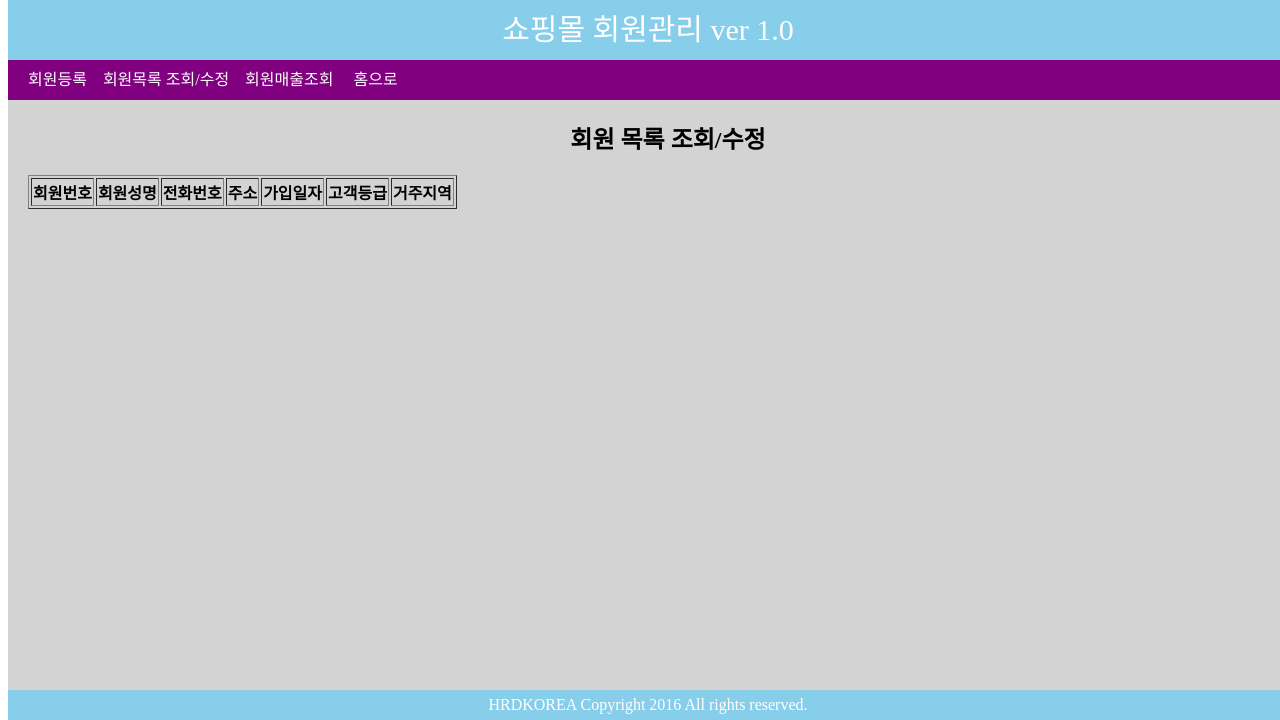
Repository: haileylee94/mini-project
Page: http://localhost/hrd/memberList.jsp
These files come from the project's save history. The page is drawn as it stood at one moment and after the next save; the edit follows.
The browser window is 1280 px wide. The pictures show the whole page.
The page is served by Tomcat 9.

Above is the page before, as saved 2022-11-18 06:44:37.

After the next save:
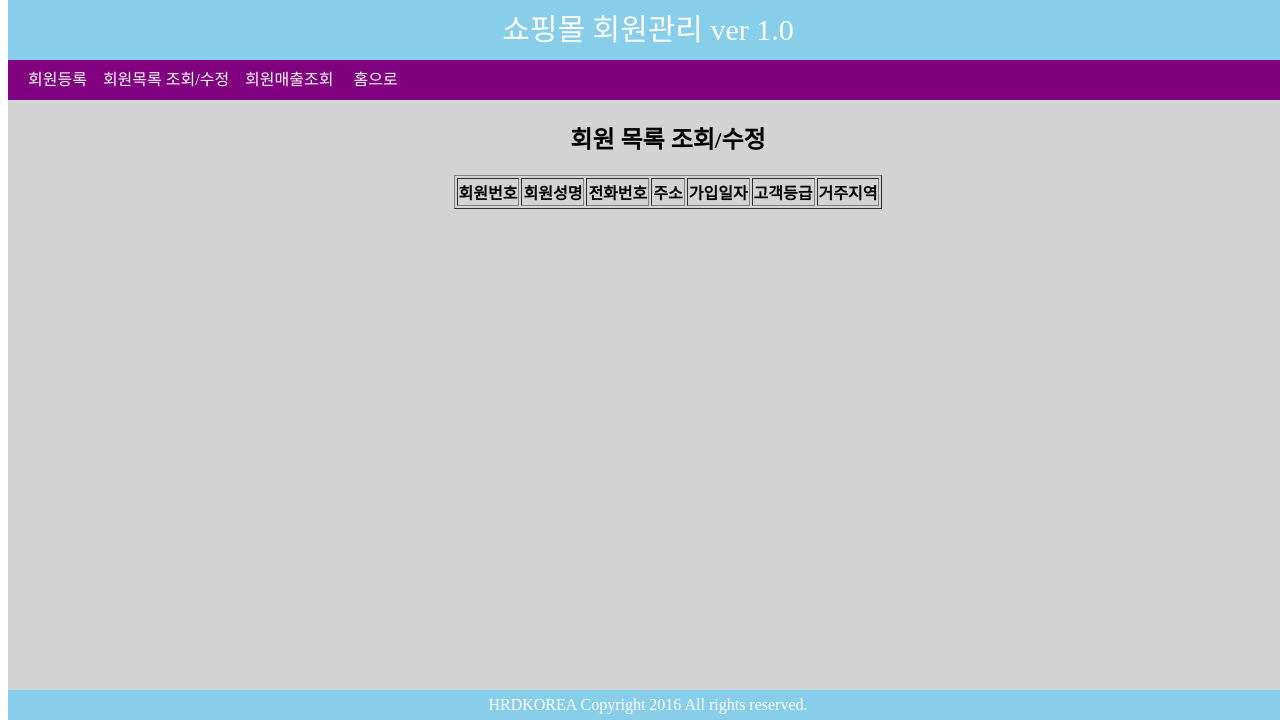
Saved 78 s later.
--- a/hrd/WebContent/memberList.jsp
+++ b/hrd/WebContent/memberList.jsp
@@ -15,8 +15,8 @@
 			<b>회원 목록 조회/수정</b><br>
 		</h1>
 
-		<form>
-			<table border=1">
+		<form style="display: flex; align-items: center; text-align: center; justify-content: center">
+			<table border="1">
 				<tr>
 					<th>회원번호</th>
 					<th>회원성명</th>
